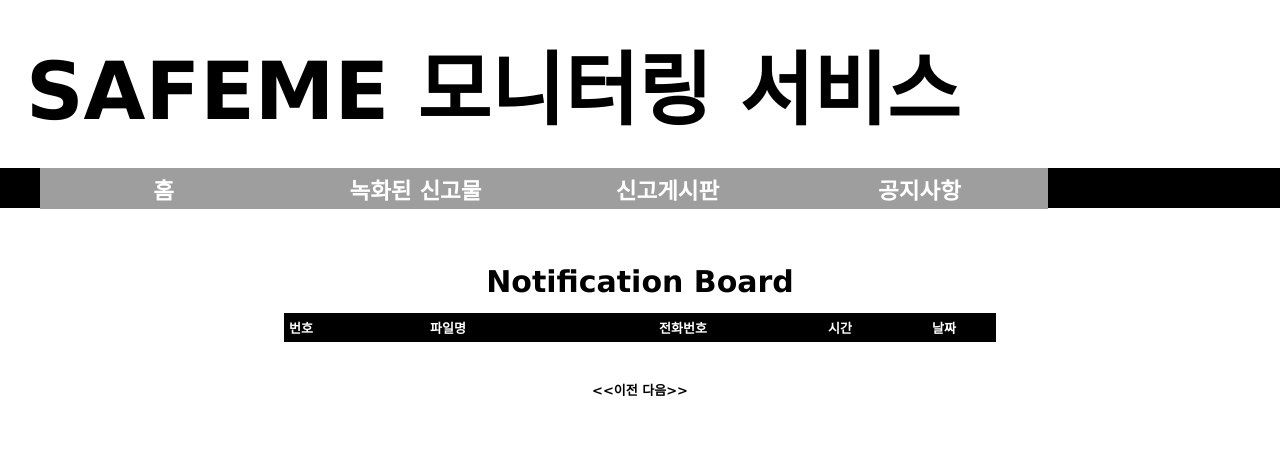
Repository: imdasom/SafeMe
Page: http://localhost/SafeMe/homepage/sinkokyesipan.jsp
These files come from the project's save history. The page is drawn as it stood at one moment and after the next save; the edit follows.
The browser window is 1280 px wide. The pictures show the whole page.
Pictures or frames that could not be fetched are drawn as grey boxes. The page is served by Tomcat 9. Queries for data that is not in the repository find no rows.

Above is the page before, as saved 2015-12-15 14:27:13.

After the next save:
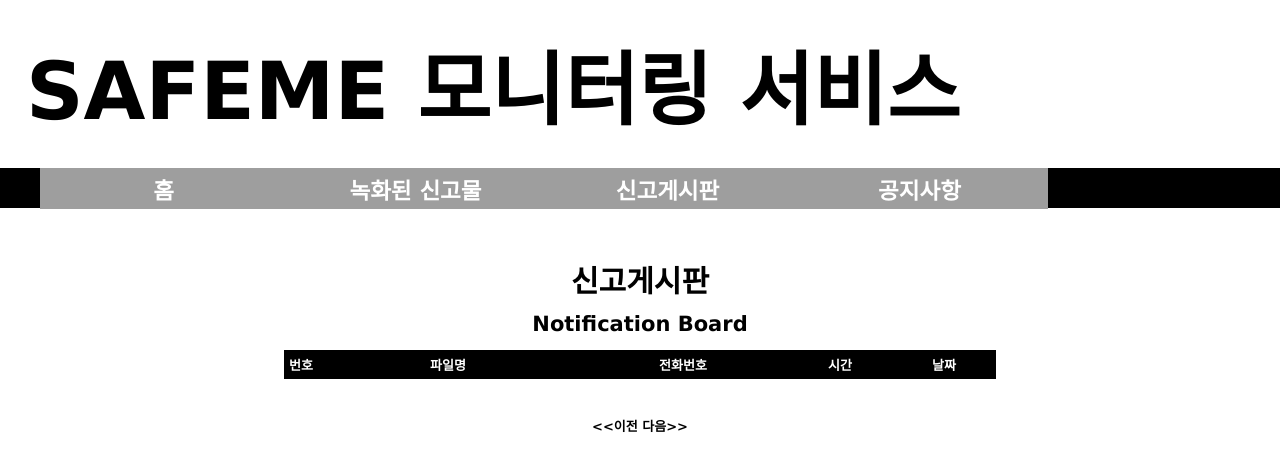
Saved 30 s later.
--- a/FinalSafeMeWeb/SafeMe/homepage/sinkokyesipan.jsp
+++ b/FinalSafeMeWeb/SafeMe/homepage/sinkokyesipan.jsp
@@ -7,7 +7,8 @@
 
 <body bgcolor="white" text="black" link="blue" vlink="red" alink="red">
 <p align="center"><br>
-<div align="center"><h1>Notification Board</h1>
+<div align="center"><h1>신고게시판</h1>
+<h1 style="font-size: 140%;">Notification Board</h1>
 <table border="0" cellpadding="0" cellspacing="0" width="700">
   	<tr>
         <td bgcolor="black"><table border="0" cellpadding="5" cellspacing="3" width="100%">
